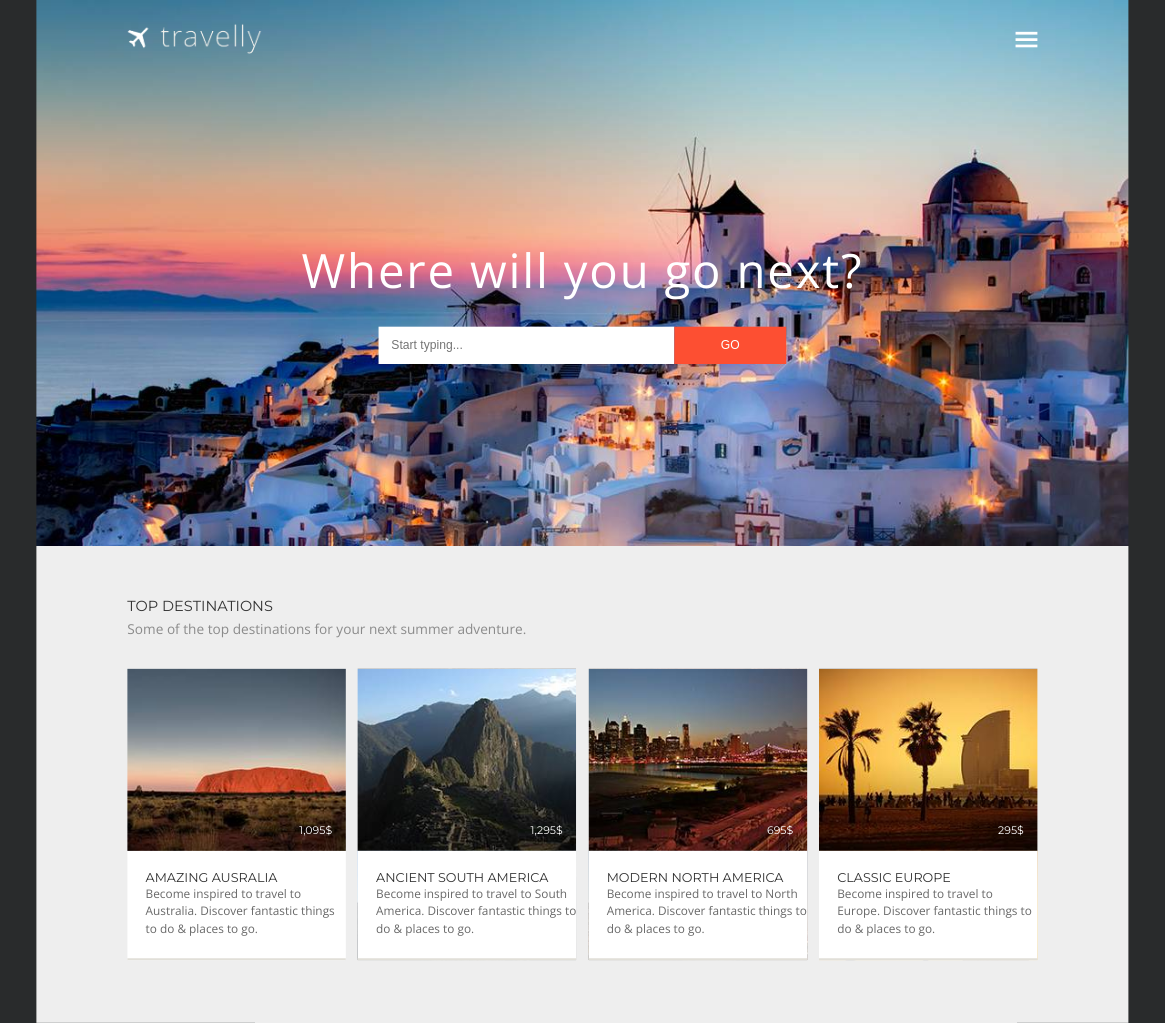
Repository: YusifHasanov/Web-Page-Template
Page: index.html
The author's editor kept a copy of each file at every save. The page is drawn from the files as they stood at one save, then again after a run of saves.
The browser window is 1280 px wide. The pictures show the whole page, at 91% of full size.

Above is the page before, as saved 2021-12-05 21:42:09.

After the next 2 saves:
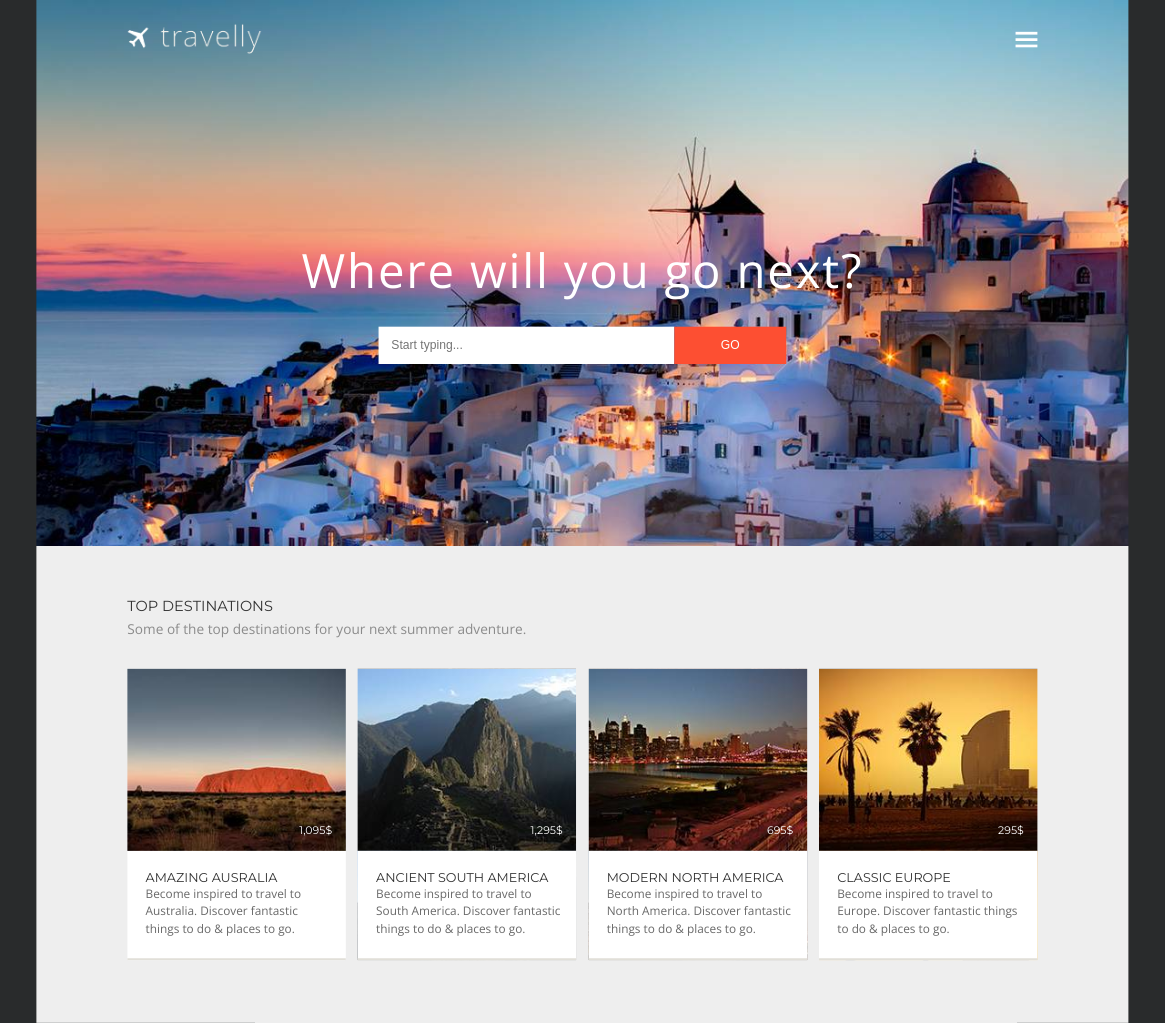
The 2 saves are shown as one change because they came seconds apart.
The last was saved 56 s later.
--- a/css/style.css
+++ b/css/style.css
@@ -152,6 +152,7 @@ button[type='submit'] {
   border-bottom: 2px solid #e1dfd8;
   padding-left: 20px;
   padding-top: 20px;
+  padding-right: 17px;
 }
 
 .down > h3 {
